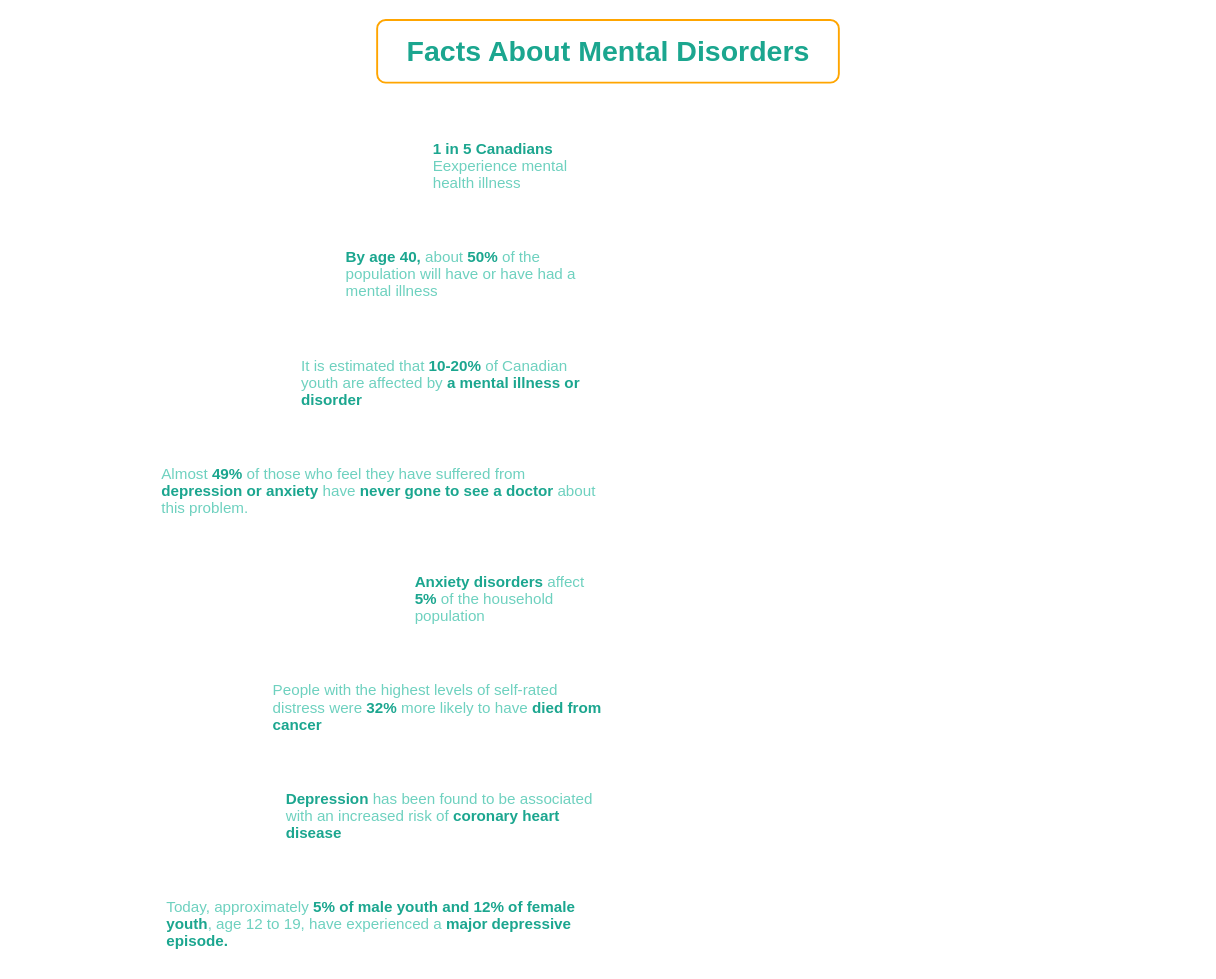
Repository: zzs1/2109-Dynamic-Content-Project
Page: joyce_code/index.html
An editor plug-in stored every save of this project. The page is shown before and after the next save, followed by the edit.
The browser window is 1280 px wide. The pictures show the whole page, at 95% of full size.
Some web fonts or font styles are not loaded; a fallback is used.

Above is the page before, as saved 2021-03-08 20:56:18.
Console error: TypeError: Cannot read properties of null (reading 'innerHTML')

### joyce_code/index.html
<!DOCTYPE html>
<html>
  <head>
    <meta charset="UTF-8">
    <title>. </title>
    <link href="style.css" type="text/css" rel="stylesheet">
    <link href="https://fonts.googleapis.com/css2?family=Saira+Semi+Condensed:wght@500&display=swap" rel="stylesheet">
  </head>
  <body>
      <div id="main">

        <h3 id="heading"> Facts About Mental Disorders </h3>

        <div class="boxes" id="box1">
              <div class="text"><strong class="keyword">1 in 5 Canadians</strong> Eexperience mental health illness  </div>
              <div class="pic"></div>
        </div>

        <div class="boxes"  id="box2">
              <div class="pic"></div>
              <div class="text"><strong class="keyword">By age 40,</strong>
                about <div class="highlight">50%</div>  of the population will have or have had a mental illness  </div>
        </div>

        <div class="boxes" id="box3">
              <div class="text">It is estimated that <strong class="keyword">10-20% </strong> of Canadian youth are affected by <div class="highlight">a mental illness or disorder</div> </div>
              <div class="pic"></div>
        </div>

        <div class="boxes"  id="box4">
            <div class="pic"></div>
            <div class="text">Almost <strong class="keyword">49% </strong>of those who feel they have suffered from<strong class="keyword"> depression or anxiety</strong> have <strong class="keyword">never gone to see a doctor</strong> about this problem.</div>
        </div>

        <div class="boxes"  id="box5">
          <div class="text"><strong class="keyword">Anxiety disorders</strong> affect <strong class="keyword">5%</strong> of the household population </div>
          <div class="pic"></div>
        </div>

        <div class="boxes" id="box6">
          <div class="pic"></div>
          <div class="text">People with the highest levels of self-rated distress were <strong class="keyword">32%</strong> more likely to have <strong class="keyword">died from cancer</strong></div>
        </div>

        <div class="boxes" id="box7">
          <div class="text"><strong class="keyword">Depression </strong>has been found to be associated with an increased risk of <strong class="keyword">coronary heart disease</strong></div>
          <div class="pic"></div>
        </div>

        <div class="boxes" id="box8">
          <div class="text">Today, approximately <div class="highlight">5% of male youth and 12% of female youth</div>, age 12 to 19, have experienced a <div class="highlight">major depressive episode.</div></div>
          <div class="pic"></div>
        </div>

      </div>
      <script src="index.js"></script>
      </body>
      </html>

### joyce_code/style.css
html, body{
    margin:0;
    font-family: 'Saira Semi Condensed', sans-serif;

}

#main{
    width:100vw;
    height:100vh;
    display:flex;
    flex-direction:column;
    align-self: start;
    align-items:center;

}

#heading{
    margin-top: 20px;
    font-size: 30px;
    color:#1BA68F;
    border:2px solid  orange;
    max-height:30%;
    max-width: 80%;
    padding:15px 30px;
    border-radius: 10px;
}

.boxes{
    padding:30px;
    max-height:40%;
    max-width: 80%;
    display: flex;
    flex-direction:column;
}
.text{
    display: inline;
    max-width: 50%;
    color:#6ED1BF;
}

.picture{
    width: 50%;
}

.keyword{
    color:#1BA68F;
}

.highlight{
    display: inline;
    color:#1BA68F;
    font-size: 16px;
    font-weight: bold;
}

### index.js
// DONT TOUCH !!Chisaki JS start from here
document.querySelector(".title").innerHTML += TitleUI("#FFFFFF","#1BA68F","Top 3 Mental illness in US","#1BA68F");
document.querySelector(".card").innerHTML += CardUI("What is top 1 Mental illness ?", "Bipolar disorder", "Anxiety disorder", "Major depressive disorder","Anxiety disorder","Symptoms can include excessive worrying, feeling agitated, restlessness, fatigue, tense muscles, difficulty sleeping, and panic attacks");
document.querySelector(".card").innerHTML += CardUI("What is 2nd Mental illness ?", "Bipolar disorder", "Anxiety disorder", "Major depressive disorder","Major depressive disorder", "Symptoms include depressed mood, change in weight, appetite and sleep patterns, fatigue, and a feeling of worthlessness");
document.querySelector(".card").innerHTML += CardUI("What is 3rd Mental illness ?", "Bipolar disorder", "Anxiety disorder", "Major depressive disorder","Bipolar disorder","Symptoms  include experience manic episodes where their moods and behaviors are drastically different than normal.");
document.querySelector(".title2").innerHTML += TitleUI("#FFFFFF","#FFD4C1","How to improve your mental health?","#FFAA81");
document.querySelector(".icon").innerHTML += IconUI("icon1",'comps/icon/pic1.svg',"EAT WELL");
document.querySelector(".icon").innerHTML += IconUI("icon2",'comps/icon/pic2.svg',"STRECHING");
document.querySelector(".icon").innerHTML += IconUI("icon3",'comps/icon/pic3.jpg',"STOP TOBBACO");
document.querySelector(".icon").innerHTML += IconUI("icon4",'comps/icon/pic4.svg', "TREAT YOURSELF");
document.querySelector(".icon").innerHTML += IconUI("icon5",'comps/icon/pic5.svg', "CHAT CHAT CHAT");
document.querySelector(".icon").innerHTML += IconUI("icon6",'comps/icon/pic6.svg', "PLAN YOUR GOAL");
document.querySelector(".info").innerHTML += InfoUI("info1",'comps/icon/pic1.svg',"Eat and drink to optimize your health","Eating healthy is not only good for your physical health, but also for your mental health. some people release their stress by eating junk foods, taking caffeine, or drinking alcohol, but it is not a good way to release your stress in the long run. Consider making healthy eating and drinking habits. ");
document.querySelector(".info").innerHTML += InfoUI("info2",'comps/icon/pic2.svg',"Exercise regularly","Try to do some exercises because we can ease our stress by moving our body. You can try non-competitive exercises, such as aerobics, weight training, and yoga. According to the study, aerobic exercise can release endorphins which are natural substances that make your feeling better and keep you being positive.");
document.querySelector(".info").innerHTML += InfoUI("info3",'comps/icon/pic3.jpg',"Stop using tobacco and nicotine products","Did you know smoking is not only bad for your physical health, but also mental health? Smoking increases your anxiety and tension. In fact, if you try to stop smoking and get rid of the nicotine, you would feel irritable and anxious due to the signals from certain chemicals in the brain.");
document.querySelector(".info").innerHTML += InfoUI("info4",'comps/icon/pic4.svg', "Study and practice relaxation techniques", "Finding your relaxation way is really important to relieve your stress. It can be anything that you would like to do, such as taking a long bath, deep breathing, doing mindfulness meditation, or daydreaming. In retheraphy, we are also introducing some popular relaxation ways.");
document.querySelector(".info").innerHTML += InfoUI("info5",'comps/icon/pic5.svg', "Talk how you feel to someone","By talking your concerns to someone else, you can organize your feeling. Moreover, someone may give you some advice for your concerns. It is always a good idea to talk your feelings to people you trust. If your concerns are really personal ones, you can also reach out to some professional consultants.");
document.querySelector(".info").innerHTML += InfoUI("info6",'comps/icon/pic6.svg', "Set realistic goals and expectations", "By setting realistic goals and achieving small goals step by step, you can get more and more confident on yourself. For example, if you are trying to go on diet, you can start by walking 1 or 2 bus stops distance once or twice a week. When you making a plan, it is a good idea to consider your plan for the long run.");
// DONT TOUCH !!Chisaki JS End here

After the next save:
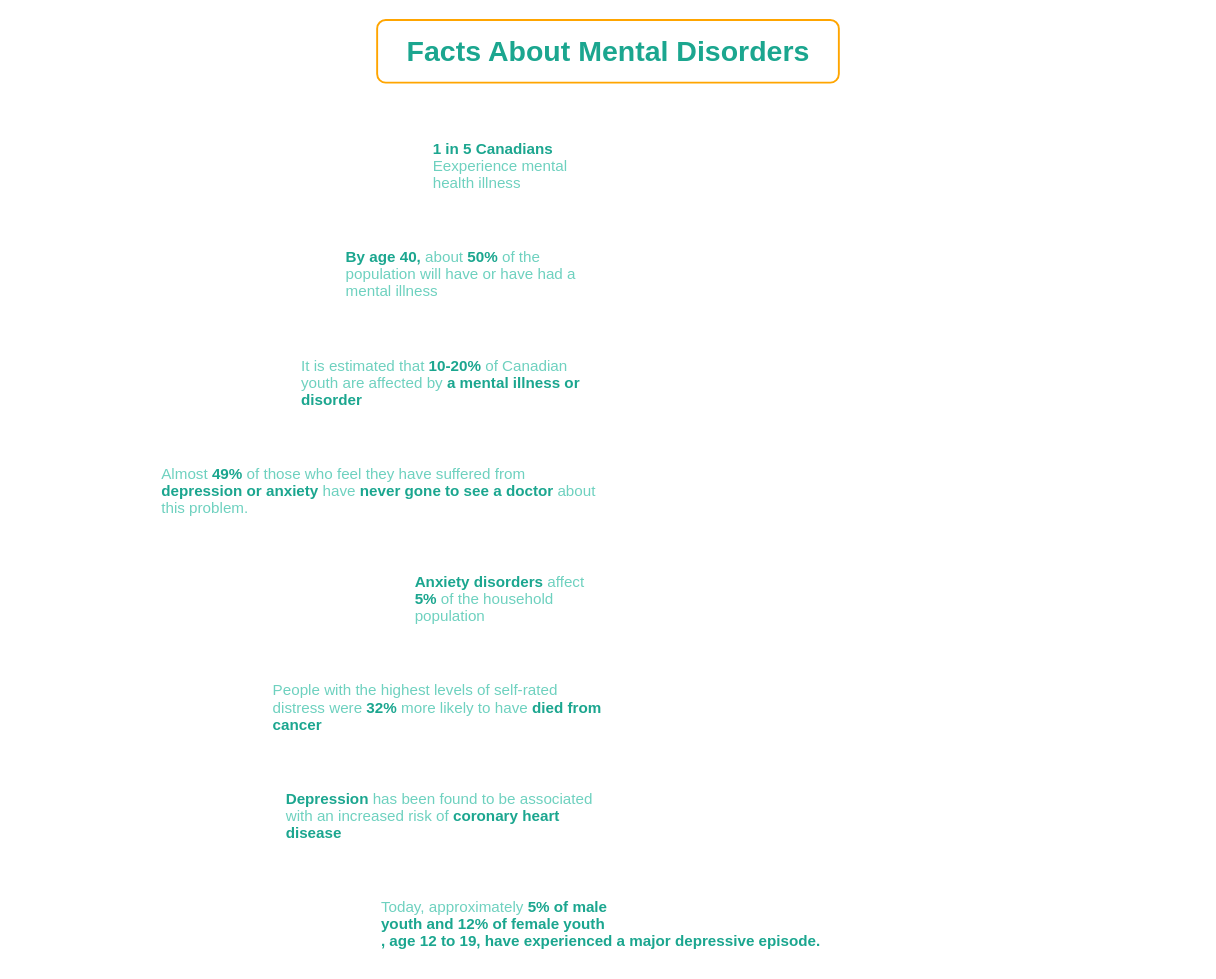
Saved 8 s later.
--- a/joyce_code/index.html
+++ b/joyce_code/index.html
@@ -48,7 +48,7 @@
         </div>
 
         <div class="boxes" id="box8">
-          <div class="text">Today, approximately <div class="highlight">5% of male youth and 12% of female youth</div>, age 12 to 19, have experienced a <div class="highlight">major depressive episode.</div></div>
+          <div class="text">Today, approximately <strong class="highlight">5% of male youth and 12% of female youth</div>, age 12 to 19, have experienced a <div class="highlight">major depressive episode.</div></div>
           <div class="pic"></div>
         </div>
 

After the 2 saves that followed:
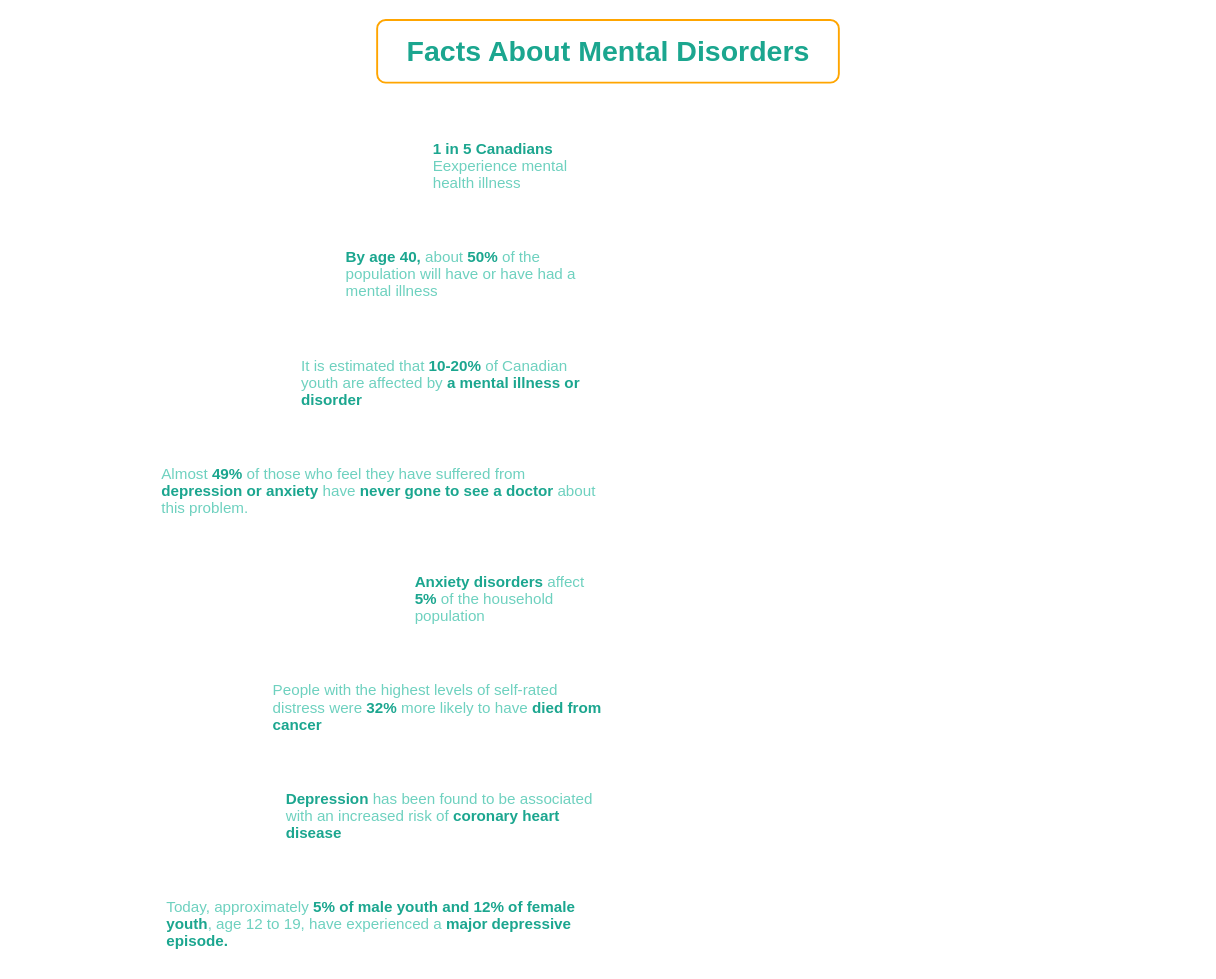
The 2 saves are shown as one change because 1 left the picture as it was.
The last was saved 18 s later.
--- a/joyce_code/index.html
+++ b/joyce_code/index.html
@@ -48,7 +48,7 @@
         </div>
 
         <div class="boxes" id="box8">
-          <div class="text">Today, approximately <strong class="highlight">5% of male youth and 12% of female youth</div>, age 12 to 19, have experienced a <div class="highlight">major depressive episode.</div></div>
+          <div class="text">Today, approximately <strong class="keyword">5% of male youth and 12% of female youth</strong>, age 12 to 19, have experienced a <div class="highlight">major depressive episode.</div></div>
           <div class="pic"></div>
         </div>
 
